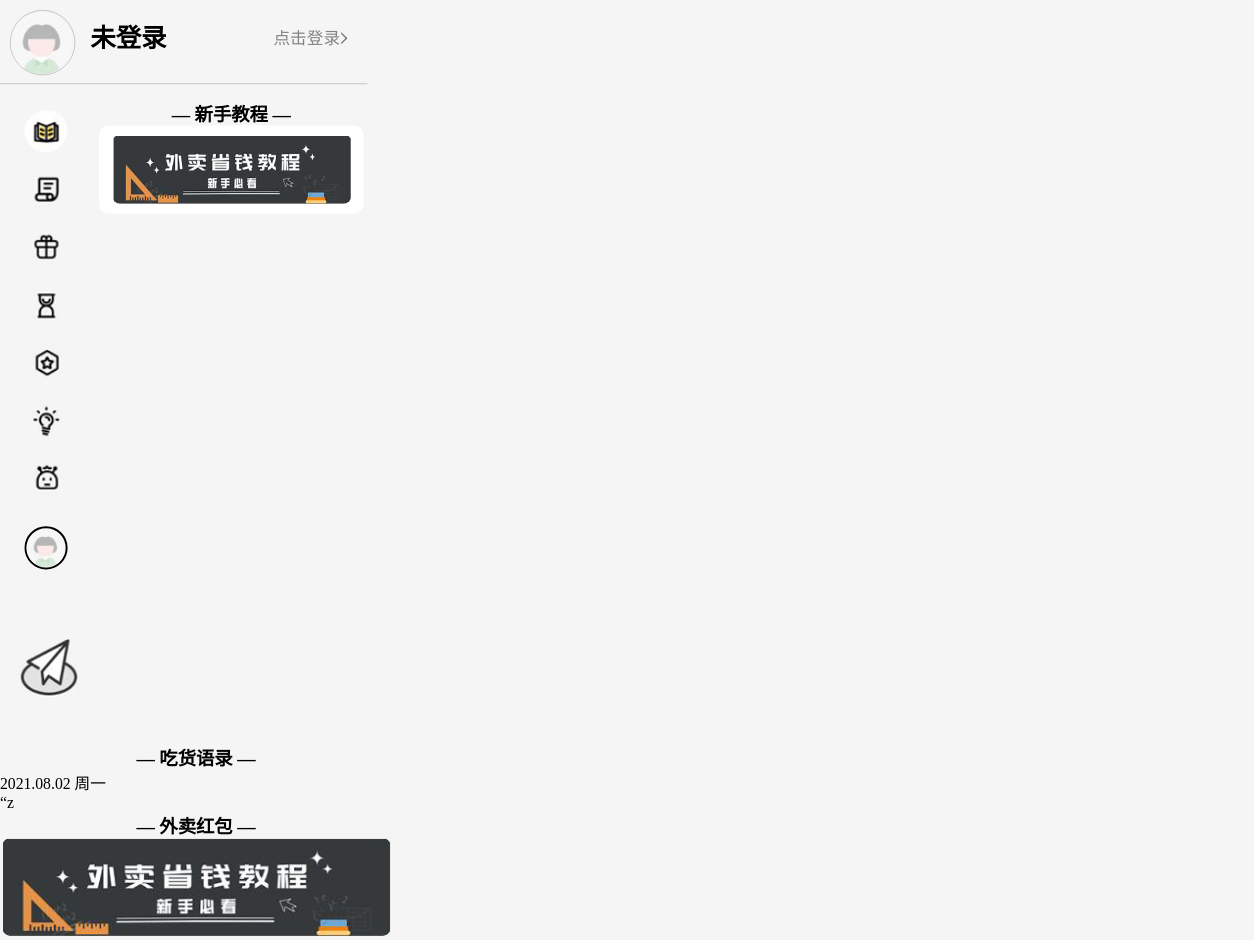
Repository: Privatexiao/projects
Page: Takeout assistant/index.html
These files come from the project's save history. The page is drawn as it stood at one moment and after a run of saves; the edit follows.
The browser window is 1280 px wide. The pictures show the whole page, at 98% of full size.

Above is the page before, as saved 2021-08-02 17:01:21.

After the next 5 saves:
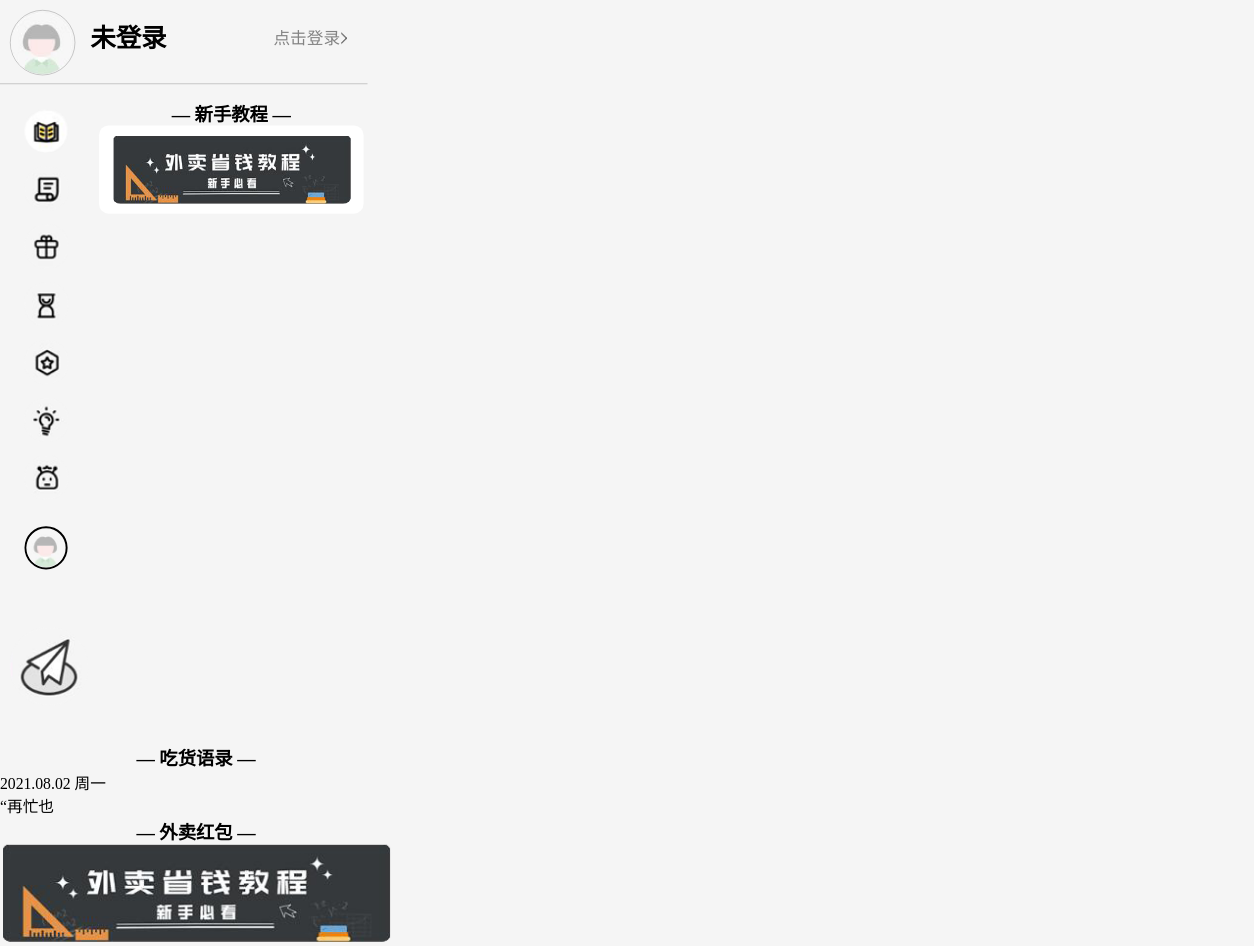
The 5 saves are shown as one change because they came seconds apart.
The last was saved 11 s later.
--- a/Takeout assistant/index.html
+++ b/Takeout assistant/index.html
@@ -66,7 +66,7 @@
             <div class="chyl_bj">
                 <p>2021.08.02&nbsp;周一</p>
                 <div class="chyl_nr">
-                    <p>“z</p>
+                    <p>“再忙也</p>
                 </div>
         </a></div>
 
